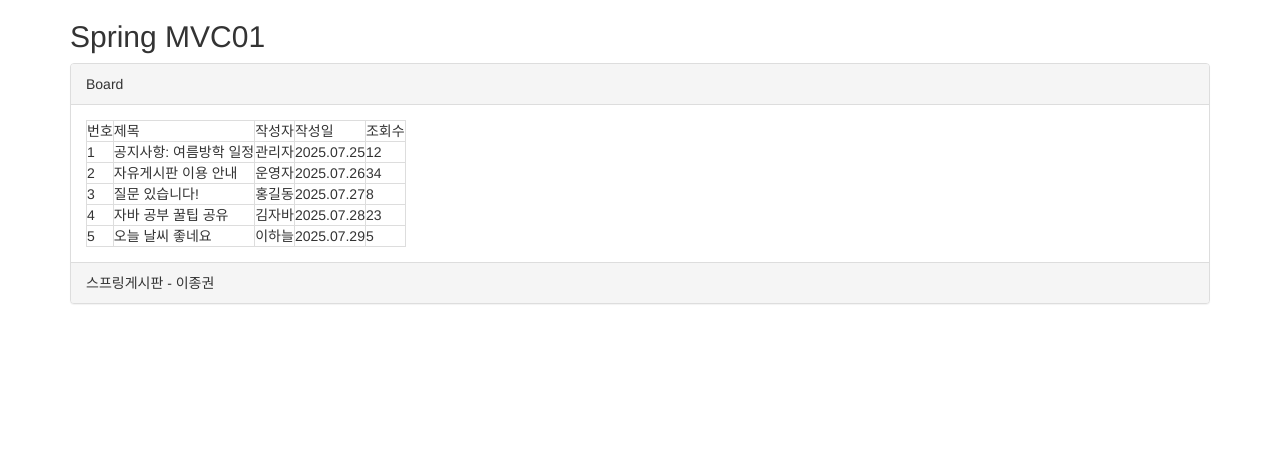
Repository: leejonggwon/PBG_SpringProject
Page: http://localhost/SpringMVC01/boardList.do
These files come from the project's save history. The page is drawn as it stood at one moment and after the next save; the edit follows.
The browser window is 1280 px wide. The pictures show the whole page.
The page is served by Tomcat 9.

Above is the page before, as saved 2025-08-01 01:39:31.

After the next save:
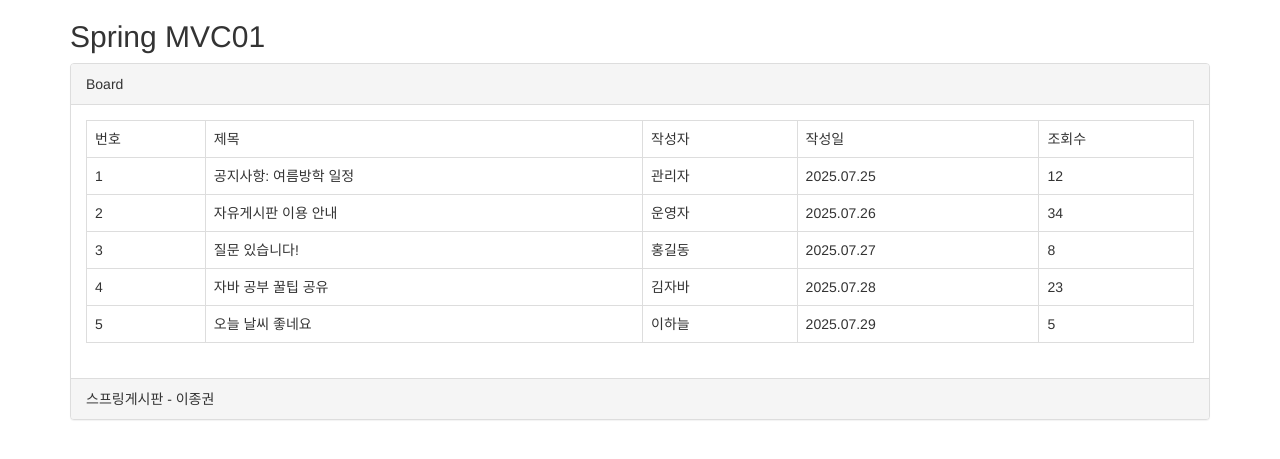
Saved 19 s later.
--- a/SpringMVC01/src/main/webapp/WEB-INF/views/boardList.jsp
+++ b/SpringMVC01/src/main/webapp/WEB-INF/views/boardList.jsp
@@ -16,7 +16,7 @@
 		<div class="panel panel-default">
 			<div class="panel-heading">Board</div>
 			<div class="panel-body">
-				<table class= "table-bordered">
+				<table class= "table table-bordered table-hover table-sm">
 					<tr>
 						<td>번호</td>
 						<td>제목</td>
